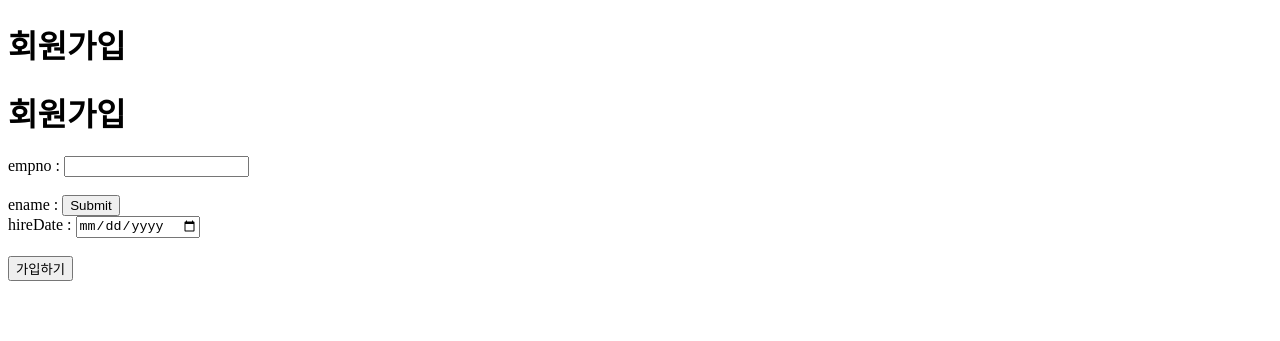
Repository: polikiki/Connor-s-team-projectt
Page: http://localhost/proj6_myBatis/emp0?cmd=join
These files come from the project's save history. The page is drawn as it stood at one moment and after the next save; the edit follows.
The browser window is 1280 px wide. The pictures show the whole page.
The page is served by Tomcat 9. Other server files are loaded and not shown.

Above is the page before, as saved 2024-09-20 01:18:48.

### workspace_java/proj6_myBatis/src/main/webapp/WEB-INF/views/empjoin.jsp
<%@ page language="java" contentType="text/html; charset=UTF-8"
    pageEncoding="UTF-8"%>
 <%@ taglib prefix="c" uri="http://java.sun.com/jsp/jstl/core" %>
<%@ taglib prefix="fmt" uri="http://java.sun.com/jsp/jstl/fmt" %>
<%@ taglib prefix="fn" uri="http://java.sun.com/jsp/jstl/functions" %>


<!DOCTYPE html>
<html>
<head>
<meta charset="UTF-8">
<title>Insert title here</title>
</head>
<body>
<%-- <c:if test="${cmd == "detail"}"> --%>
<!-- <h1>회원상세</h1> -->
<%-- </c:if> --%>

<c:choose>
	<c:when test='${cmd == "detail"}'>
		<h1>회원상세</h1>
	</c:when>
	<c:otherwise>
		<h1>회원가입</h1>
	</c:otherwise>
</c:choose>

<h1>회원가입</h1>

<form method="post" action="emp0">
	empno :
		<c:choose>
		<c:when test='${cmd == "detail"}'>
			${empDTP.empno}
		</c:when>
		<c:otherwise>
			<input type="text" name="ename"><br>
		</c:otherwise>
	</c:choose>
	<br>
	ename :
		<c:choose>
		<c:when test='${cmd == "detail"}'>
			${empDTP.ename}
		</c:when>
		<c:otherwise>
			<input type="submit" name="가입하기"><br>
		</c:otherwise>
</c:choose>
	hireDate : <input type="date" name="hireDate"><br>
	<br>
	<input type="submit" value="가입하기">
</form>
</body>
</html>

### workspace_java/proj6_myBatis/src/main/java/emp/crud/Emp0Servlet.java
package emp.crud;

import java.io.IOException;
import java.sql.Date;
import java.util.List;

import javax.servlet.ServletException;
import javax.servlet.annotation.WebServlet;
import javax.servlet.http.HttpServlet;
import javax.servlet.http.HttpServletRequest;
import javax.servlet.http.HttpServletResponse;

@WebServlet("/emp0")
public class Emp0Servlet extends HttpServlet {
	private static final long serialVersionUID = 1L;

	private boolean _DEBUG = true;

	protected void doGet(HttpServletRequest request, HttpServletResponse response) throws ServletException, IOException {

		String cmd = request.getParameter("cmd");
		EmpDAO empDAO = new EmpDAO();

		if(cmd == null) {

		List<EmpDTO> emplist = empDAO.selectEmp();

		request.setAttribute("emplist", emplist);

		request.getRequestDispatcher("/WEB-INF/views/emp.jsp").forward(request, response);
		}else if("join".equals(cmd)){

			request.getRequestDispatcher("/WEB-INF/views/empjoin.jsp").forward(request, response);
		}else if("edit".equals(cmd)) {

			// pk인 empno 확보
			String strEmpno = request.getParameter("empno");

			try {
				int empno = Integer.parseInt(strEmpno);

				// 특정 회원 정보 조회
				EmpDTO empDTO = empDAO.selectOneEmp(empno);
				// 정보를 request에 담아서
				request.setAttribute("empDTO", empDTO);
				request.setAttribute("cmd", "edit");
				// 상세 정보 페이지로 이동
				request.getRequestDispatcher("/WEB-INF/views/empjoin.jsp").forward(request, response);

			}catch (Exception e) {
				e.printStackTrace();
			}

		}

	}


	protected void doPost(HttpServletRequest request, HttpServletResponse response) throws ServletException, IOException {

		request.setCharacterEncoding("utf-8");
		response.setContentType("text/html; charset=utf-8;");

		String strEmpno = request.getParameter("empno");
		String ename = request.getParameter("ename");
		String strHireDate = request.getParameter("hireDate"); // 2024-09-19


		try {
			int empno = Integer.parseInt(strEmpno);

			EmpDTO empDTO = new EmpDTO();
			empDTO.setEmpno(empno);


			// delete 실행

			EmpDAO empDAO = new EmpDAO();
			int result = empDAO.DeleteEmp(empDTO);
			System.out.println("삭제 결과 :"+ result);

		}catch (Exception e) {
			if(_DEBUG) {
				e.printStackTrace();
			}
		}

		try {
			int empno = Integer.parseInt(strEmpno);
			Date hireDate = Date.valueOf(strHireDate);

			EmpDTO empDTO = new EmpDTO();
			empDTO.setEmpno(empno);
			empDTO.setEname(ename);
			empDTO.setHireDate(hireDate);

			// insert 실행

			EmpDAO empDAO = new EmpDAO();
			int result = empDAO.insertEmp(empDTO);
			System.out.println("회원 가입 결과 :"+ result);

		}catch (Exception e) {
			if(_DEBUG) {
				e.printStackTrace();
			}
		}
		response.sendRedirect("emp0");
	}


	protected void doDelete(HttpServletRequest request, HttpServletResponse response) throws ServletException, IOException {

	}

	protected void doPut(HttpServletRequest request, HttpServletResponse response) throws ServletException, IOException {



	}

}

### workspace_java/proj6_myBatis/src/main/java/emp/crud/EmpDAO.java
package emp.crud;

import java.io.Reader;
import java.util.List;
import java.util.Map;

import org.apache.ibatis.io.Resources;
import org.apache.ibatis.session.SqlSession;
import org.apache.ibatis.session.SqlSessionFactory;
import org.apache.ibatis.session.SqlSessionFactoryBuilder;

import emp.crud.EmpDTO;

public class EmpDAO {

	private  SqlSessionFactory sqlMapper = null;

    public  SqlSessionFactory getInstance() {
        if(sqlMapper == null) {
        	// DB 접속
        	// 자동 커밋 : sqlMapper.openSession()
        	// 수동 커밋 : sqlMapper.openSession(false)
            try {
                String res = "mybatis/SqlMapConfig.xml";
                Reader reader = Resources.getResourceAsReader(res);

                SqlSessionFactoryBuilder ssfb = new SqlSessionFactoryBuilder();
                sqlMapper = ssfb.build(reader);

                reader.close();
            }catch (Exception e) {
                e.printStackTrace();
            }
        }

        return sqlMapper;
    }

    public List<EmpDTO> selectEmp() {
    	List<EmpDTO> empList = null;

    	// SqlMapConfig.xml을 읽어옴
    	sqlMapper = getInstance();
    	if(sqlMapper != null) {

    		// DB 접속
        	SqlSession sqlSession = sqlMapper.openSession(true);

        	empList = sqlSession.selectList("mapper.emp.selectAllEmp");
        	System.out.println("empList.size :" + empList.size());
    	} else {
    		System.out.println("DB 접속 실패");
    	}

    	return empList;
    }



    public int insertEmp(EmpDTO empDTO) {
    	int result = -1;

    	// SqlMapConfig.xml을 읽어옴
    	sqlMapper = getInstance();
    	if(sqlMapper != null) {

    		// DB 접속
    		// 자동 커밋 : sqlMapper.openSession()
    		// 수동 커밋 : sqlMapper.openSession(false)
        	SqlSession sqlSession = sqlMapper.openSession(true);

        	try {
        		System.out.println(empDTO);
        		result = sqlSession.update("mapper.emp.param.insertEmp", empDTO);
        	}catch (Exception e) {
        		e.printStackTrace();
			}
    	} else {
    		System.out.println("DB 접속 실패");
    	}

    	return result;
    }

    public int DeleteEmp(EmpDTO empDTO) {
    	int result = -1;

    	// SqlMapConfig.xml을 읽어옴
    	sqlMapper = getInstance();
    	if(sqlMapper != null) {

    		// DB 접속
        	SqlSession sqlSession = sqlMapper.openSession(true);

        	try {
        		System.out.println(empDTO);
        		result = sqlSession.delete("mapper.emp.param.deleteEmp", empDTO);
        	}catch (Exception e) {
        		e.printStackTrace();
			}
    	} else {
    		System.out.println("DB 접속 실패");
    	}

    	return result;
    }

    public EmpDTO selectOneEmp(int empno) {
    	EmpDTO empDTO = null;

    	// SqlMapConfig.xml을 읽어옴
    	sqlMapper = getInstance();
    	if(sqlMapper != null) {

    		// DB 접속
        	SqlSession sqlSession = sqlMapper.openSession();

        	try {
        		empDTO = sqlSession.selectOne("mapper.emp.param.selectOneEmp");
        	}catch (Exception e) {
        		e.printStackTrace();
			}
    	} else {
    		System.out.println("DB 접속 실패");
    	}

    	return empDTO;
    }

}

After the next save:
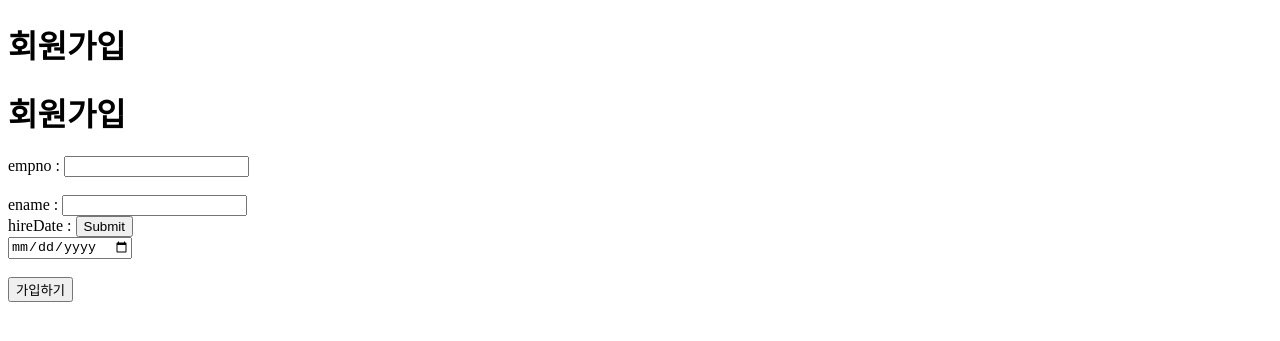
Saved 99 s later.
--- a/workspace_java/proj6_myBatis/src/main/webapp/WEB-INF/views/empjoin.jsp
+++ b/workspace_java/proj6_myBatis/src/main/webapp/WEB-INF/views/empjoin.jsp
@@ -34,7 +34,7 @@
 			${empDTP.empno}
 		</c:when>
 		<c:otherwise>
-			<input type="text" name="ename"><br>
+			<input type="text" name="empno"><br>
 		</c:otherwise>
 	</c:choose>
 	<br>
@@ -44,10 +44,19 @@
 			${empDTP.ename}
 		</c:when>
 		<c:otherwise>
+			<input type="text" name="ename"><br>
+		</c:otherwise>
+</c:choose>
+	hireDate :
+		<c:choose>
+		<c:when test='${cmd == "detail"}'>
+			${empDTP.ename}
+		</c:when>
+		<c:otherwise>
 			<input type="submit" name="가입하기"><br>
 		</c:otherwise>
 </c:choose>
-	hireDate : <input type="date" name="hireDate"><br>
+	<input type="date" name="hireDate"><br>
 	<br>
 	<input type="submit" value="가입하기">
 </form>
